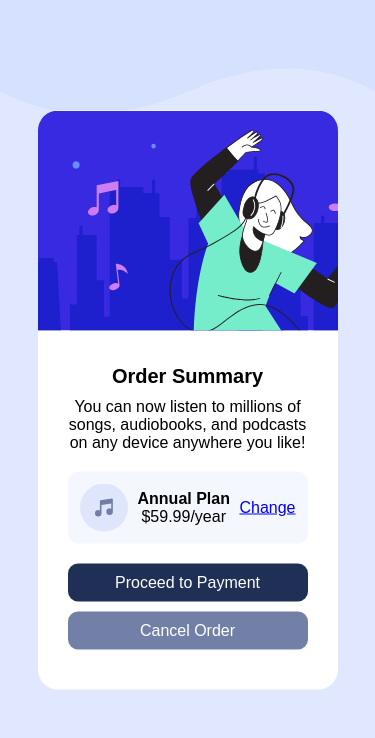
Repository: superZXMzzl/FrontendMentor
Page: order-summary-component-main/index.html
The author's editor kept a copy of each file at every save. The page is drawn from the files as they stood at one save, then again after the next save.
The browser window is 375 px wide. The pictures show the whole page.

Above is the page before, as saved 2022-05-09 15:55:07.

### order-summary-component-main/index.html
<!DOCTYPE html>
<html lang="en">
<head>
  <meta charset="UTF-8">
  <meta name="viewport" content="width=device-width, initial-scale=1.0"> <!-- displays site properly based on user's device -->
  <link rel="icon" type="image/png" sizes="32x32" href="./images/favicon-32x32.png">
  <link rel="stylesheet" href="./style.css">
  <title>Frontend Mentor | Order summary card</title>
</head>
<body>
  <div class="container">
    <img src="./images/illustration-hero.svg">
    <div class="info">
      <h3 class="title">Order Summary</h3>
      <p class="description">You can now listen to millions of songs, audiobooks, and podcasts on any
        device anywhere you like!</p>
      <div class="plan">
        <div class="planLeft">
          <img src="./images/icon-music.svg" class="planIcon">
          <div class="planLeftText">
            <h5 class="planName">Annual Plan</h5>
            <p class="planInfo">$59.99/year</p>
          </div>
        </div>
        <a href="#" class="planRight">Change</a>
      </div>
      <a href="#" class="orderButton">Proceed to Payment</a>
      <a href="#" class="cancelButton">Cancel Order</a>
    </div>
  </div>
</body>
</html>

### order-summary-component-main/style.css
* {
    padding: 0;
    margin: 0;
    font-size: 16px;
    font-family: 'Red Hat Display', sans-serif;
    box-sizing: border-box;
}

body {
    background-image: url(./images/pattern-background-desktop.svg);
    background-repeat: no-repeat;
    background-size: contain;
    background-color: hsl(225, 100%, 94%);
    min-height: 100vh;
    position: relative;
}

.container {
    max-width: 450px;
    left: 50%;
    top: 50%;
    transform: translate(-50%, -50%);
    position: absolute;
    background-color: white;
    border-radius: 20px;
    overflow: hidden;
}

.info {
    padding: 10%;
    text-align: center;
}

.info h3 {
    font-weight: 900;
    margin-bottom: 10px;
    font-size: 20px;
}

.plan {
    margin: 20px 0;
    display: flex;
    align-items: center;
    justify-content: space-between;
    background-color: hsl(225, 100%, 98%);
    padding: 5%;
    border-radius: 10px;
}

.planLeft {
    display: flex;
    align-items: center;
}

.planLeft img {
    margin-right: 10px;
}

.planRight a {
    transition: 0.5s;
}

a.planRight:hover {
    color: hsl(245, 75%, 52%);
    text-decoration: none;
    transform: color ease;
}

a.orderButton {
    text-decoration: none;
    display: block;
    padding: 10px;
    margin-bottom: 10px;
    background-color: hsl(223, 47%, 23%);
    border-radius: 10px;
    color: white;
    transition: 0.5s;
}

a.orderButton:hover {
    background-color: hsl(245, 75%, 52%);
    transform: background-color ease;
}

a.cancelButton {
    text-decoration: none;
    display: block;
    padding: 10px;
    margin-bottom: 10px;
    background-color: hsl(224, 23%, 55%);
    border-radius: 10px;
    color: white;
}

@media only screen and (max-width: 450px){
    .container{
        max-width: 80%;
    }
}

After the next save:
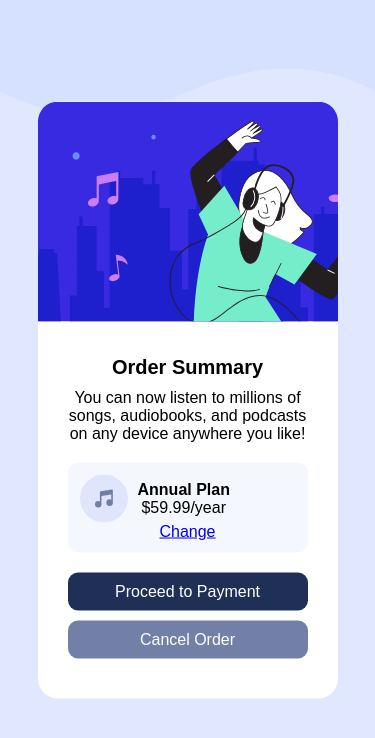
Saved 43 s later.
--- a/order-summary-component-main/style.css
+++ b/order-summary-component-main/style.css
@@ -96,4 +96,8 @@ a.cancelButton {
     .container{
         max-width: 80%;
     }
+
+    .plan{
+        display: block;
+    }
 }
